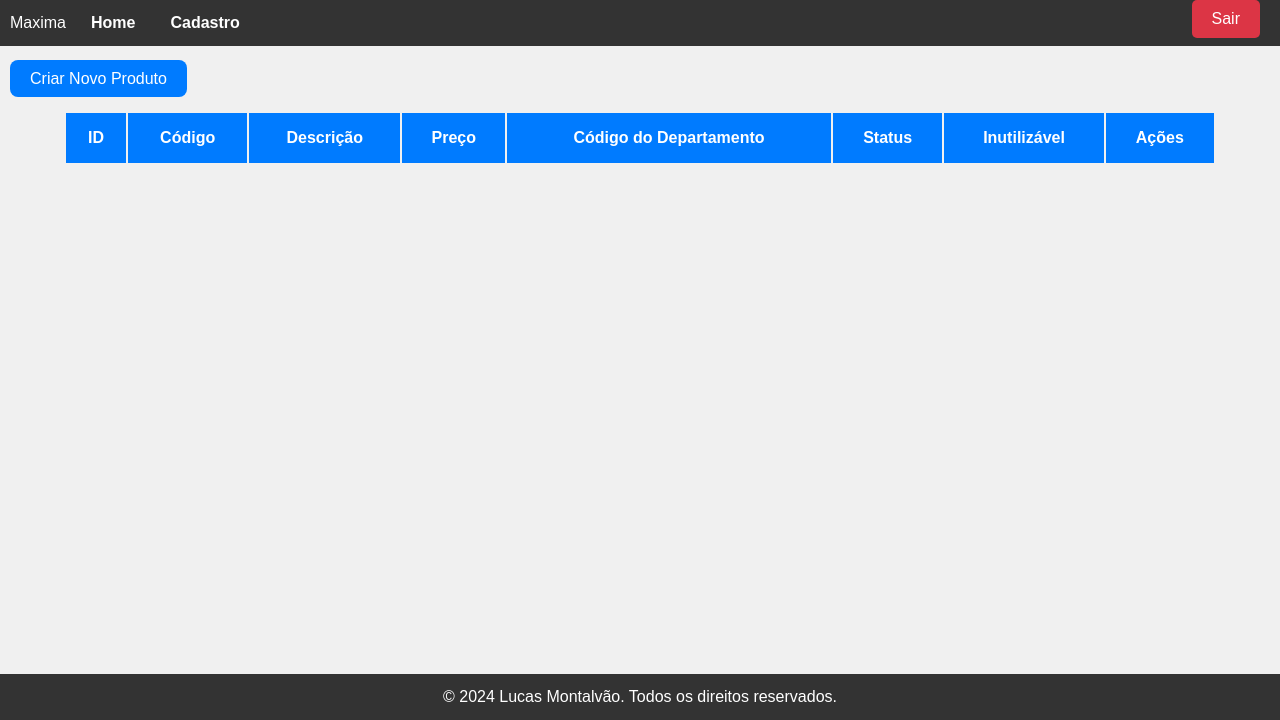
Repository: LucasMontalvao1/ProjetoMaxima
Page: /produto (app in AngularMaxima/)
An editor plug-in stored every save of this project. The page is shown before and after the next save, followed by the edit.
The browser window is 1280 px wide. The pictures show the whole page.
The page's requests for data from a server got no answer. The project was rebuilt for these pictures with package versions that can differ from the ones it lists, and the page was loaded fresh each time. No one was signed in, and anything a server would have sent is missing. Also part of the build but not shown: AngularMaxima/angular.json, AngularMaxima/src/app/pages/login/login.component.ts, AngularMaxima/src/app/pages/home/home.component.ts.

Above is the page before, as saved 2024-07-14 20:16:10.

After the next save:
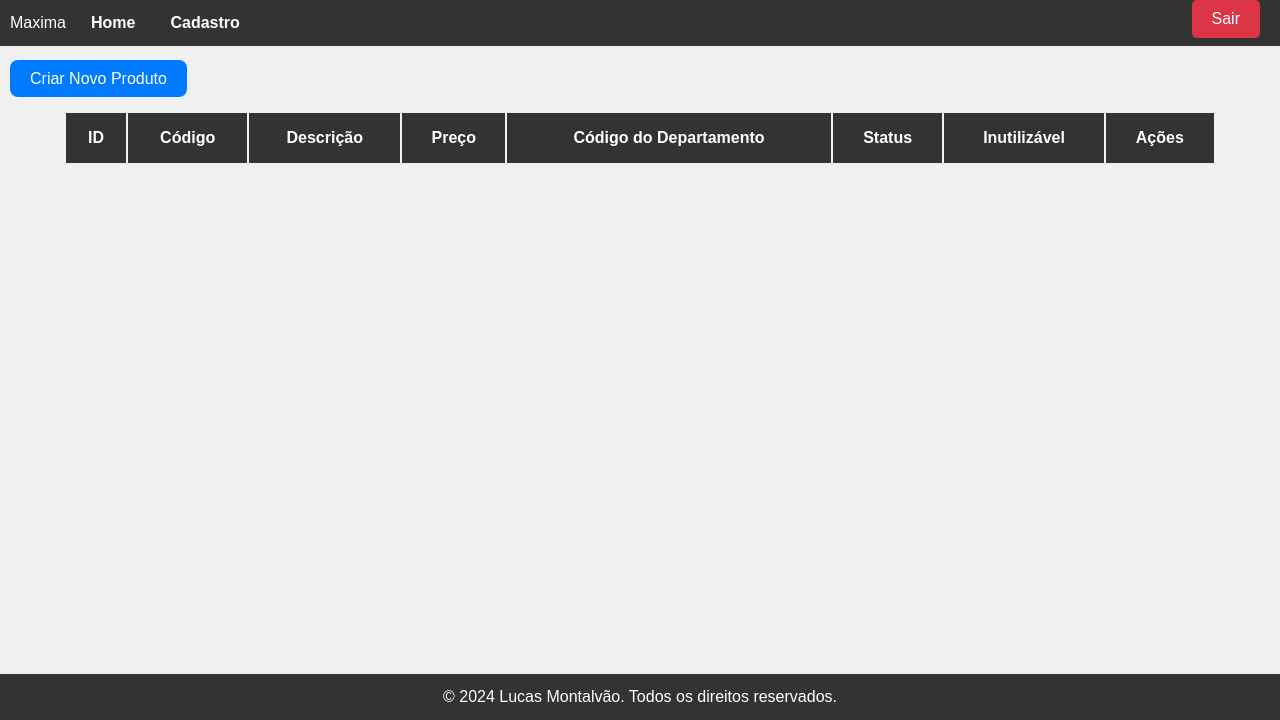
Saved 35 s later.
--- a/AngularMaxima/src/app/pages/produto/produto.component.css
+++ b/AngularMaxima/src/app/pages/produto/produto.component.css
@@ -9,7 +9,7 @@
 }
 
 .table th {
-  background-color: #007BFF;
+  background-color: #333;
   color: white;
   font-size: 16px;
   font-weight: bold;
